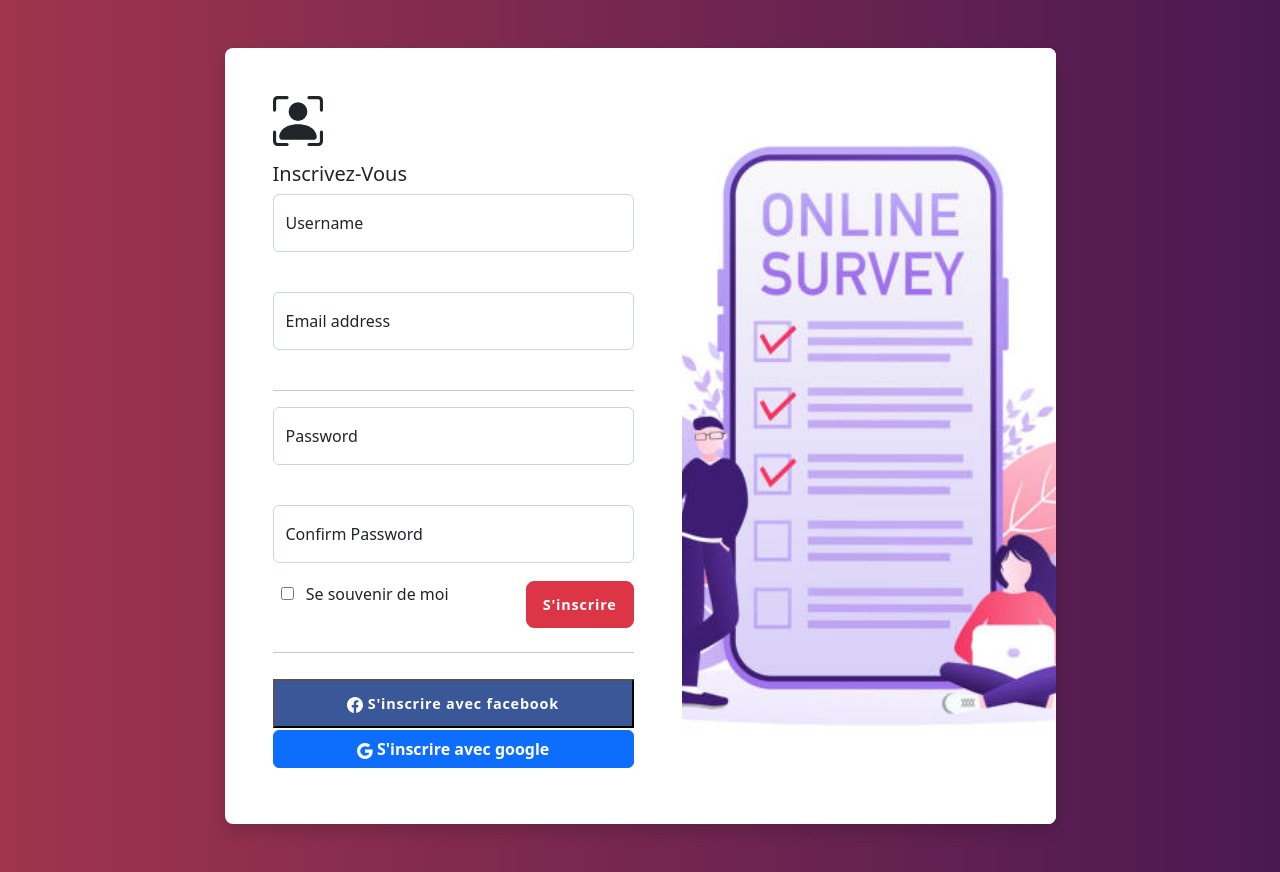
Repository: Djiamil/testsMoustaphaDER
Page: index.html
The author's editor kept a copy of each file at every save. The page is drawn from the files as they stood at one save, then again after the next save.
The browser window is 1280 px wide. The pictures show the whole page.

Above is the page before, as saved 2022-12-09 00:31:02.

After the next save:
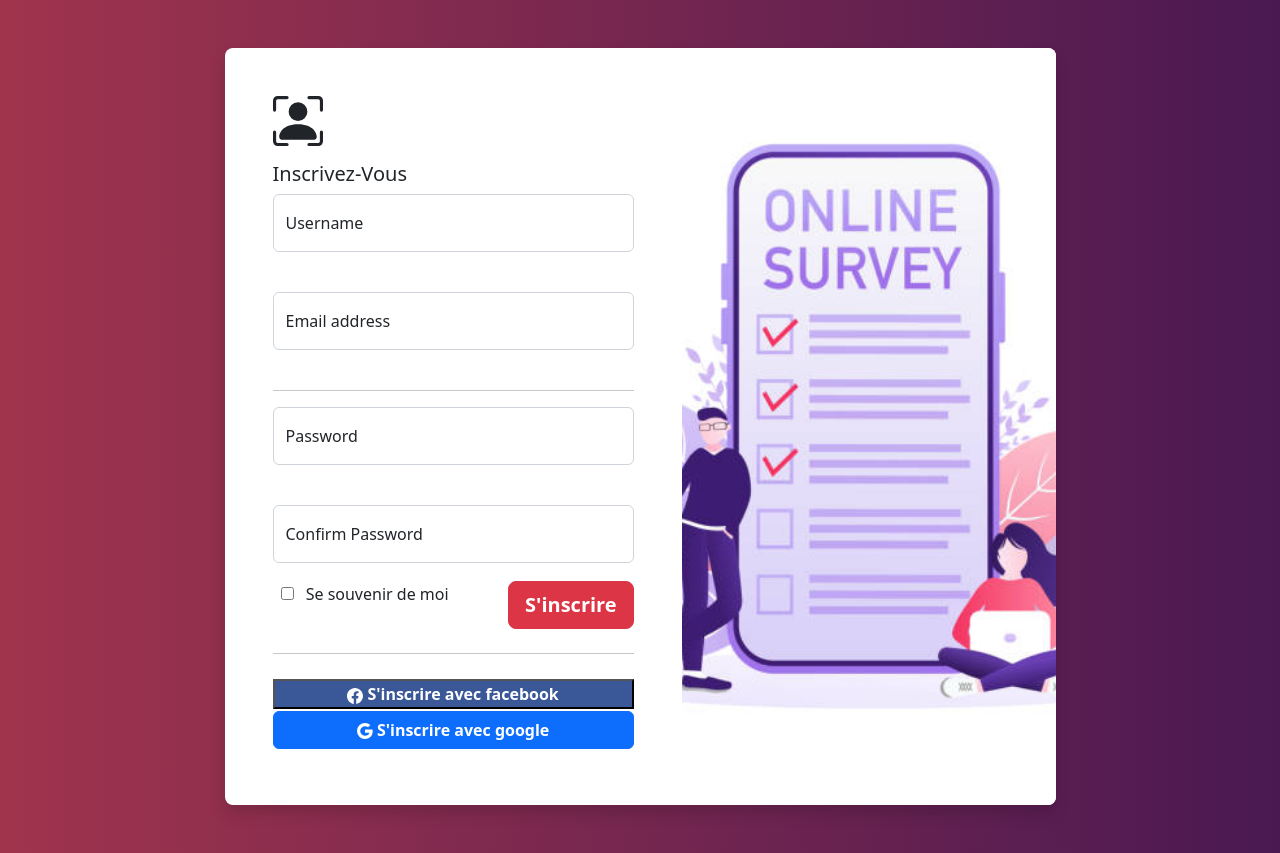
Saved 3 min 55 s later.
--- a/style.css
+++ b/style.css
@@ -15,11 +15,11 @@ body {
     background-size: cover;
   }
 
-  .btn-login {
+  /* .btn-login {
     font-size: 0.9rem;
     letter-spacing: 0.05rem;
     padding: 0.75rem 1rem;
-  }
+  } */
 
   .btn-google {
     color: white !important;
